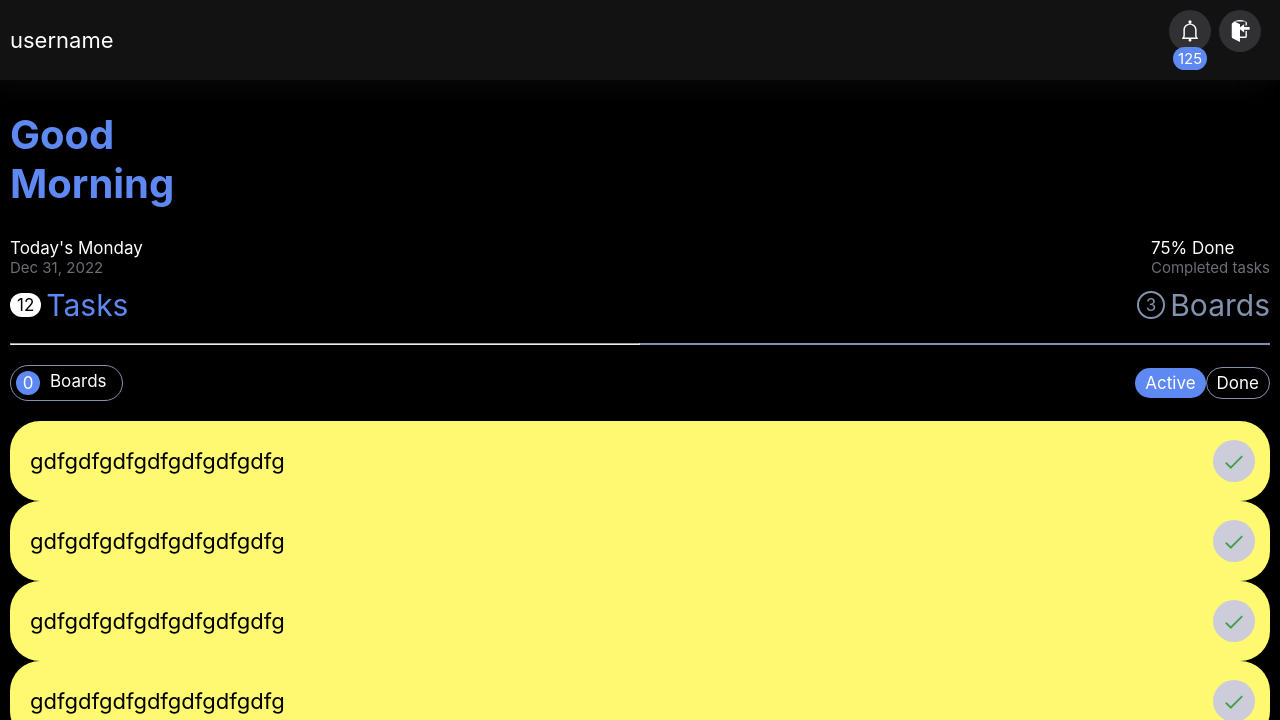
Repository: ShindanoSingi/todo-app
Page: /
The author's editor kept a copy of each file at every save. The page is drawn from the files as they stood at one save, then again after the next save.
The browser window is 1280 px wide. The pictures show the whole page.
The project was rebuilt for these pictures with package versions that can differ from the ones it lists, and the page was loaded fresh each time. Also part of the build but not shown: src/pages/LandingPage.js.

Above is the page before, as saved 2023-01-01 19:12:25.

After the next save:
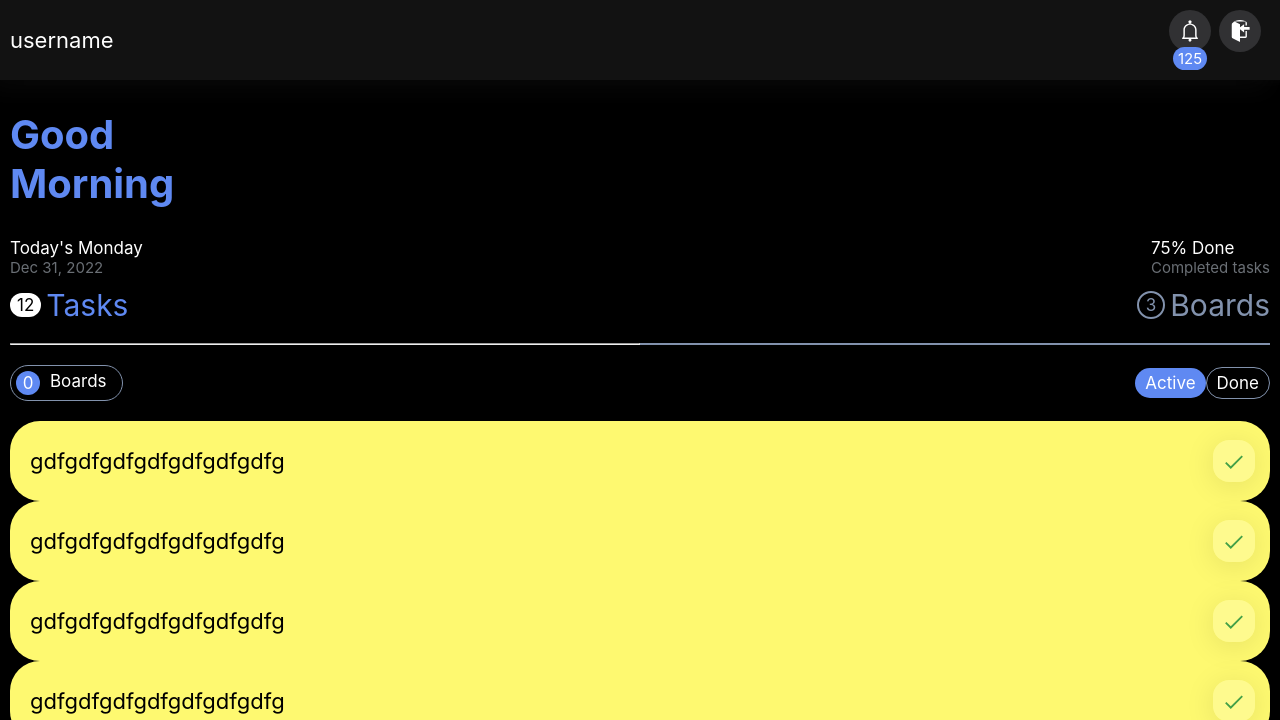
Saved 81 s later.
--- a/src/index.css
+++ b/src/index.css
@@ -240,7 +240,12 @@ h2 {
   color: white;
   padding: 10px;
   border-radius: 50px;
-  background-color: #ccccdb;
+  /* From https://css.glass */
+  background: rgba(255, 255, 255, 0.21);
+  border-radius: 16px;
+  box-shadow: 0 4px 30px rgba(0, 0, 0, 0.1);
+  backdrop-filter: blur(0px);
+  -webkit-backdrop-filter: blur(0px);
 }
 
 .todo-card {
